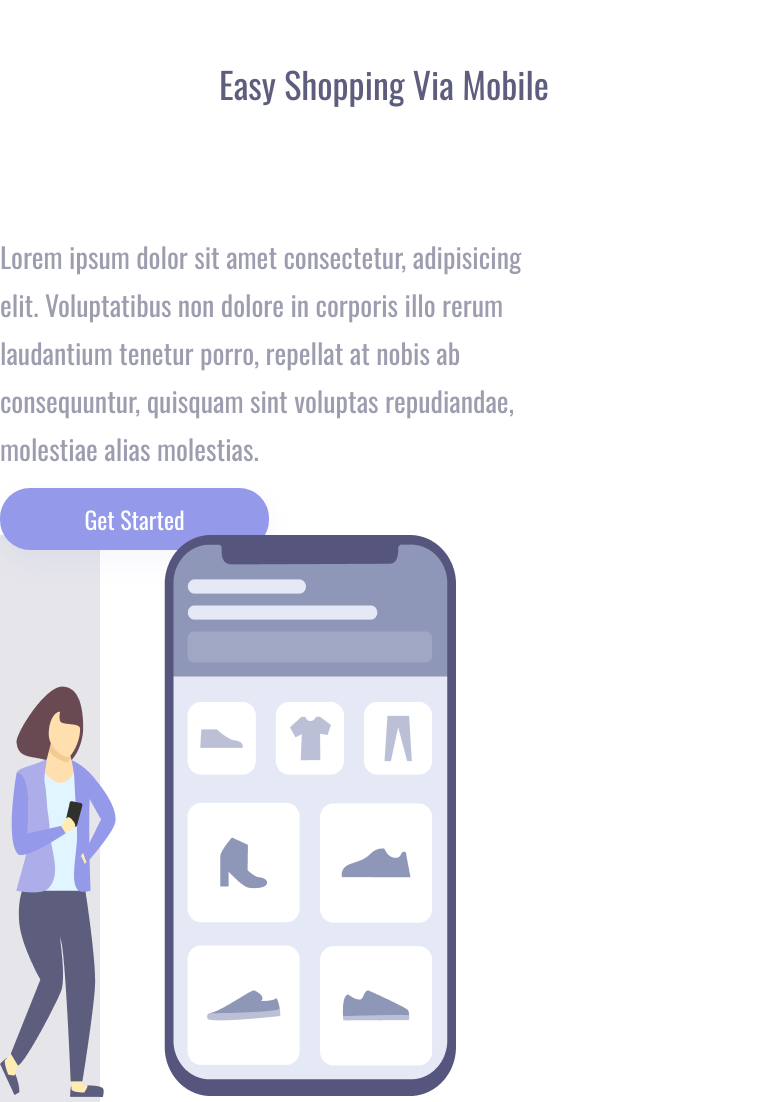
Repository: DihOliver/Projeto-Responsivo
Page: index.html
An editor plug-in stored every save of this project. The page is shown before and after the next save, followed by the edit.
The browser window is 768 px wide. The pictures show the whole page.
Some web fonts or font styles are not loaded; a fallback is used.

Above is the page before, as saved 2023-06-14 18:37:07.

### index.html
<!DOCTYPE html>
<html lang="en">
  <head>
    <meta charset="UTF-8" />
    <meta http-equiv="X-UA-Compatible" content="IE=edge" />
    <meta name="viewport" content="width=device-width, initial-scale=1.0" />
    <link rel="stylesheet" href="./styles.css" />
    <link rel="preconnect" href="https://fonts.googleapis.com" />
    <link rel="preconnect" href="https://fonts.gstatic.com" crossorigin />
    <link
      href="https://fonts.googleapis.com/css2?family=Montserrat:ital,wght@0,500;0,600;0,700;0,900;1,400&family=Oswald&family=Poppins:wght@400;500;700&family=Roboto:wght@400;500;700&family=Tilt+Prism&display=swap"
      rel="stylesheet"
    />
    <title>Css - Responsividade</title>
  </head>
  <body>
    <div class="wrapper">
      <section class="container-left">
        <h1>Easy Shopping Via Mobile</h1>
        <p>
          Lorem ipsum dolor sit amet consectetur, adipisicing elit. Voluptatibus
          non dolore in corporis illo rerum laudantium tenetur porro, repellat
          at nobis ab consequuntur, quisquam sint voluptas repudiandae,
          molestiae alias molestias.
        </p>
        <button>Get Started</button>
      </section>
      <section class="container-rigth">
        <header>
          <a>Home</a>
          <a>Work</a>
          <a>About</a>
          <a>Contact</a>
        </header>
        <img alt="Girl=cellphone.png" src="./img/girl-cellphone.png" />
      </section>
    </div>
  </body>
</html>

### styles.css
*{
    margin: 0;
    padding: 0;
    box-sizing: border-box;
    font-family: 'Oswald', sans-serif;
    font-weight: 400;
}

.wrapper {
    height: 100vh;
    width: 100vw;

}

.container-left {
    display: inline-block;
    width: 60%;
    padding: 136px;
    margin-top: 25%;


}


.container-rigth {
    display: inline-block;
    background-color: rgba(93,93,125,0.16);
    height: 100vh;
    position: absolute;
    width: 540px;
    width: 40%;


}

img {
    position: relative;
    top: 25%;
    right: 130px;
}

h1 {
    font-weight: 0px;
    font-size: 70px;
    line-height: 80px;
    color: #5D5D7D;
    width: 368px;
    height: 160px;
    width: 368px;


}

p {
    font-size: 28px;
    line-height: 48px;
    color: #5D5D7D;
    opacity: 0.6;
    margin: 15px 0;
    width: 540px;

}

button {
    width: 269px;
    height: 62px;
    background: #9499EA;
    font-size: 24px;
    line-height: 36px;
    text-align: center;
    box-shadow: 0px 10px 24px rgba(148, 153, 234, 0.0979959);
    color: #FFFFFF;
    border: none;
    border-radius: 30px;
    cursor: pointer;
    }

    button:hover {
        opacity: .8;
    }

    button:active {
        opacity: .5;
    }

    a {
        font-size: 28px;
        line-height: 41px;
        color: #5D5D7D;
        margin: 41px;
        cursor: pointer;
    }

    a:nth-child(2) {
        opacity: 0.4;

    }

    a:hover {
        opacity: 0.4;
    }

    a:active {
        opacity: 0.8;
    }

    header {
        margin: 24px 0 0 57px;
    }

    @media screen and (max-width: 900px) {
        .container-left {
            width: 100%;
            height: 50%;
            padding: 0;
            margin: 0;
        }

        .container-rigth {
            display: block;
            height: auto;
            width: 100px;
            position: static;
        }

        img {
            position: static;
        }

        header {
            display: none;
        }

        h1 {
            font-size:36px;
            line-height: 52px;
            width: auto;
            margin: 58px 50px 0 50px;
            text-align: center;
        }
    }

After the next save:
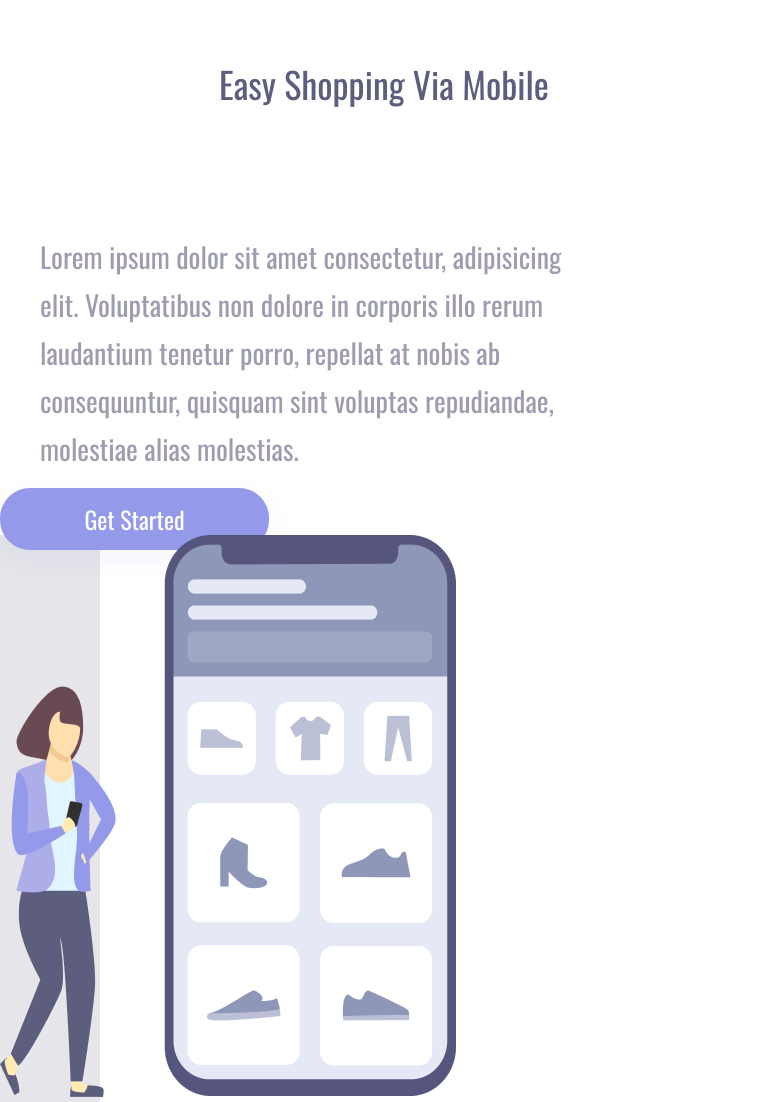
Saved 66 s later.
--- a/styles.css
+++ b/styles.css
@@ -138,4 +138,10 @@ button {
             margin: 58px 50px 0 50px;
             text-align: center;
         }
+
+        p {
+            margin: 15px 40px;
+        }
+
+
     }
